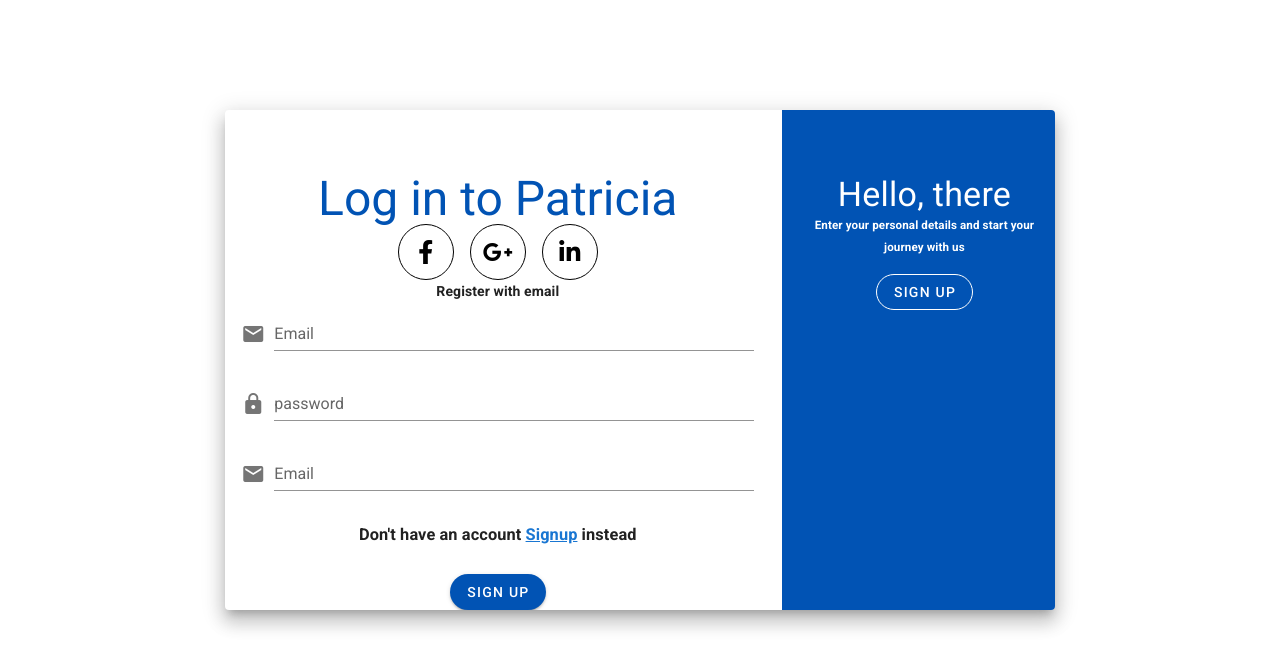
Repository: akinsikuoluwafemi/Pats_userAuth
Page: /login
These files come from the project's save history. The page is drawn as it stood at one moment and after the next save; the edit follows.
The browser window is 1280 px wide. The pictures show the whole page.
The project was rebuilt for these pictures with package versions that can differ from the ones it lists, and the page was loaded fresh each time. Also part of the build but not shown: vue.config.js, src/views/Home.vue, src/components/Signup.vue, src/components/UserInfo.vue.

Above is the page before, as saved 2020-11-05 01:14:53.

### src/App.vue
<template>
  <v-app>


    <v-main>
      <router-view></router-view>
    </v-main>
  </v-app>
</template>

<script>

export default {
  name: 'App',

  components: {

},

  data: () => ({
    //
  }),
};
</script>

### src/router/index.js
import Vue from 'vue'
import VueRouter from 'vue-router'
import Home from '../views/Home.vue'
import Login from '../components/Login.vue'
import Signup from "../components/Signup.vue";
import UserInfo from "../components/UserInfo.vue";


Vue.use(VueRouter)

const routes = [
  {
    path: "/",
    name: "Home",
    component: Home,
  },
  {
    path: "/login",
    name: "Login",
    component: Login,
  },

  {
    path: "/signup",
    name: "Signup",
    component: Signup,
  },

  {
    path: "/userinfo",
    name: "Userinfo",
    component: UserInfo,
  },
  {
    path: "/about",
    name: "About",
    // route level code-splitting
    // this generates a separate chunk (about.[hash].js) for this route
    // which is lazy-loaded when the route is visited.
    component: () =>
      import(/* webpackChunkName: "about" */ "../views/About.vue"),
  },
];

const router = new VueRouter({
  mode: 'history',
  base: process.env.BASE_URL,
  routes
})

export default router

### src/plugins/vuetify.js
import "@fortawesome/fontawesome-free/css/all.css"
import 'material-design-icons-iconfont/dist/material-design-icons.css'
import Vue from 'vue';
import Vuetify from 'vuetify/lib';

Vue.use(Vuetify);

export default new Vuetify({
    icons: {
        iconfont: 'md' || 'fa'
    }
});

### src/components/Login.vue
<template>
  <v-app>
    <v-content>
      <v-container class="fill-height" fluid>
        <v-row align="center" justify="center">
          <v-col cols="12" sm="8" md="8">
            <v-card class="elevation-12">
              <v-window v-model="stop">
                <v-window-item :value="1">
                  <v-row>
                    <v-col cols="12" md="8">
                      <v-card-text class="mt-12">
                        <h1
                          class="text-center display-2"
                          v-bind:style="{ color: '#0153B4' }"
                        >
                          Log in to Patricia
                        </h1>
                        <div class="text-center" mt-4>
                          <v-btn class="mx-2" fab color="black" outlined>
                            <v-icon>fab fa-facebook-f</v-icon>
                          </v-btn>
                          <v-btn class="mx-2" fab color="black" outlined>
                            <v-icon>fab fa-google-plus-g</v-icon>
                          </v-btn>
                          <v-btn class="mx-2" fab color="black" outlined>
                            <v-icon>fab fa-linkedin-in</v-icon>
                          </v-btn>
                        </div>
                        <h4 class="text-center mlt-4">Register with email</h4>
                        <v-form>
                          <v-text-field
                            label="Email"
                            name="Email"
                            prepend-icon="email"
                            type="text"
                            v-bind:style="{ color: '#0153B4' }"
                          />
                          <v-text-field
                            id="password"
                            label="password"
                            name="Password"
                            prepend-icon="lock"
                            type="password"
                            v-bind:style="{ color: '#0153B4' }"
                          />
                          <v-text-field
                            label="Email"
                            name="Email"
                            prepend-icon="email"
                            type="text"
                            v-bind:style="{ color: '#0153B4' }"
                          />
                        </v-form>
                        <h3 class="text-center mt-3">
                          Don't have an account
                          <router-link to="/signup"> Signup</router-link> instead
                        </h3>
                      </v-card-text>
                      <div class="text-center mt-3">
                        <v-btn
                          rounded
                          v-bind:style="{ background: '#0153B4' }"
                          dark
                          >Sign Up</v-btn
                        >
                      </div>
                    </v-col>
                    <v-col
                      cols="12"
                      md="4"
                      class=""
                      v-bind:style="{ background: '#0153B4' }"
                    >
                      <v-card-text class="white--text mt-12">
                        <h1 class="text-center display-1">Hello, there</h1>
                        <h5 class="text-center">
                          Enter your personal details and start your journey
                          with us
                        </h5>
                      </v-card-text>
                      <div class="text-center">
                        <v-btn rounded outlined="" dark @click="step++">
                          SIGN UP
                        </v-btn>
                      </div>
                    </v-col>
                  </v-row>
                </v-window-item>
              </v-window>
            </v-card>
          </v-col>
        </v-row>
      </v-container>
    </v-content>
  </v-app>
</template>
<script>
export default {
  data: () => ({
    step: 1
  }),
  props: {
    source: String
  }
}
</script>

Loaded but not shown: public/index.html (common file); src/main.js (common file)

After the next save:
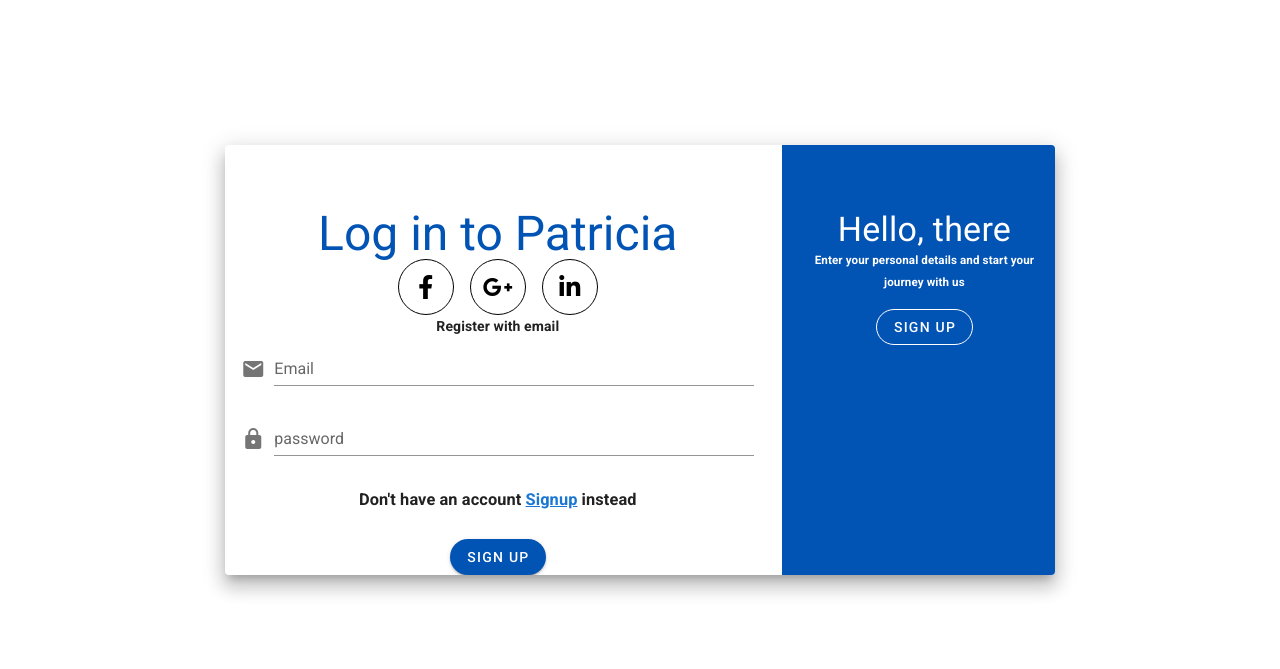
Saved 33 s later.
--- a/src/components/Login.vue
+++ b/src/components/Login.vue
@@ -44,13 +44,7 @@
                             type="password"
                             v-bind:style="{ color: '#0153B4' }"
                           />
-                          <v-text-field
-                            label="Email"
-                            name="Email"
-                            prepend-icon="email"
-                            type="text"
-                            v-bind:style="{ color: '#0153B4' }"
-                          />
+
                         </v-form>
                         <h3 class="text-center mt-3">
                           Don't have an account
